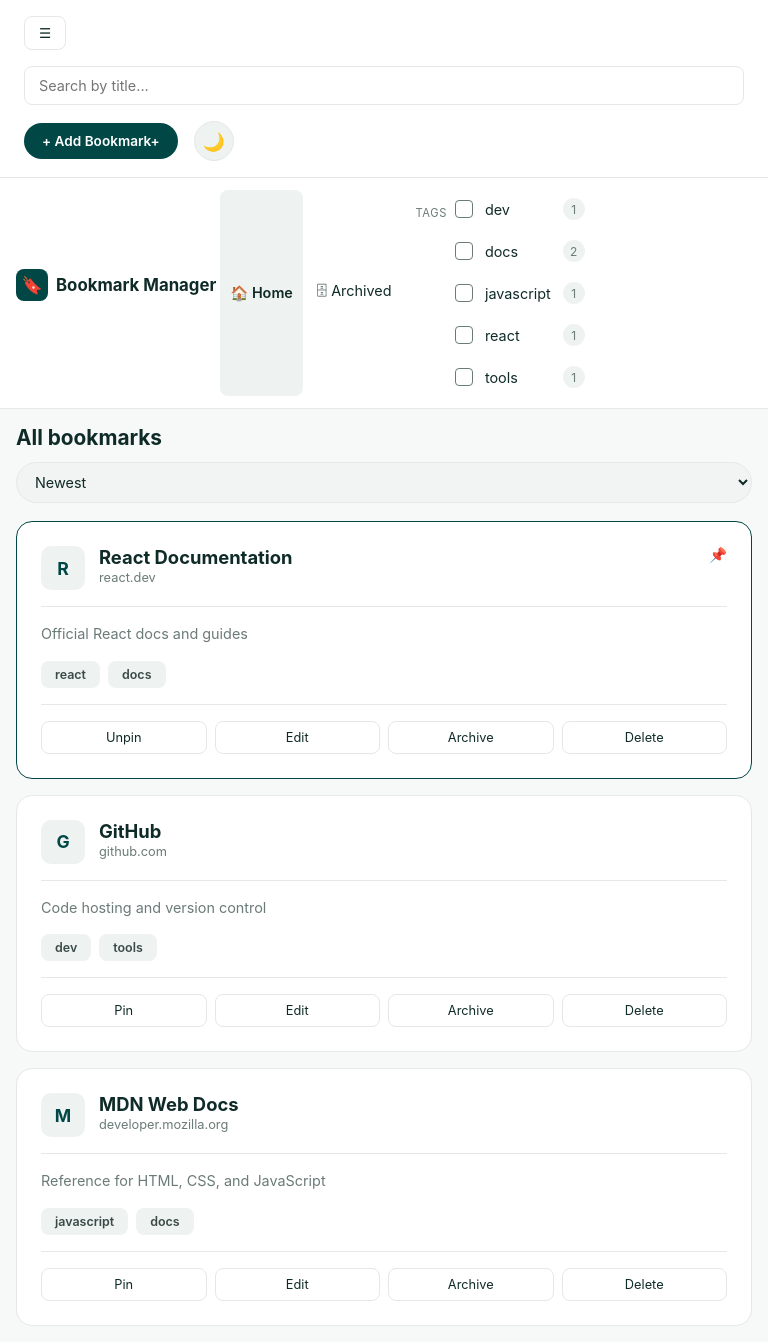
Repository: K0k1M4r/Big-Game-React
Page: /
These files come from the project's save history. The page is drawn as it stood at one moment and after the next save; the edit follows.
The browser window is 768 px wide. The pictures show the whole page.
The project was rebuilt for these pictures with package versions that can differ from the ones it lists, and the page was loaded fresh each time. Also part of the build but not shown: vite.config.js, src/components/Modal.jsx, src/components/BookmarkForm.jsx.

Above is the page before, as saved 2026-09-23 18:59:14.

### index.html
<!doctype html>
<html lang="en">
  <head>
    <meta charset="UTF-8" />
    <link rel="icon" type="image/svg+xml" href="/favicon.svg" />
    <meta name="viewport" content="width=device-width, initial-scale=1.0" />
    <title>bookmark-manager</title>
  </head>
  <body>
    <div id="root"></div>
    <script type="module" src="/src/main.jsx"></script>
  </body>
</html>

### src/index.css
/* ===== Reset & Base ===== */
* {
  box-sizing: border-box;
  margin: 0;
  padding: 0;
}

body {
  font-family: -apple-system, BlinkMacSystemFont, "Segoe UI", Roboto, Helvetica, Arial, sans-serif;
  background-color: var(--bg-color);
  color: var(--text-color);
  transition: background-color 0.2s, color 0.2s;
}

/* ===== Theme Variables ===== */
:root[data-theme="light"] {
  --bg-color: #f7f9f8;
  --sidebar-bg: #ffffff;
  --header-bg: #ffffff;
  --card-bg: #ffffff;
  --input-bg: #f2f4f3;
  --search-bg: #ffffff;
  --search-border: #e4e8e7;
  --text-color: #0f2b27;
  --muted-text: #6b7b78;
  --border-color: #e4e8e7;
  --tag-bg: #eef2f1;
  --tag-text: #3a4a47;
  --accent-color: #014745;
  --accent-hover: #026358;
  --error-color: #dc2626;
  --checkbox-border: #6b7b78;
  --nav-active-bg: #e8f0ee;
}

:root[data-theme="dark"] {
  --bg-color: #0c2622;
  --sidebar-bg: #001f1f;
  --header-bg: #001f1f;
  --card-bg: #0f3430;
  --input-bg: #123833;
  --search-bg: #002e2d;
  --search-border: #004241;
  --text-color: #f2f7f5;
  --muted-text: #9fb5b0;
  --border-color: #1c4d46;
  --tag-bg: #164039;
  --tag-text: #cfe6df;
  --accent-color: #014745;
  --accent-hover: #026358;
  --error-color: #f87171;
  --checkbox-border: #5a7a74;
  --nav-active-bg: #0d3a35;
}

button {
  font-family: inherit;
  cursor: pointer;
  border: 1px solid var(--border-color);
  background-color: var(--card-bg);
  color: var(--text-color);
  border-radius: 8px;
  padding: 8px 14px;
  font-size: 0.85rem;
  transition: background-color 0.15s, border-color 0.15s;
}

button:hover {
  filter: brightness(0.96);
}

input:not([type="checkbox"]),
textarea,
select {
  font-family: inherit;
  font-size: 0.9rem;
  padding: 10px 14px;
  border: 1px solid var(--border-color);
  border-radius: 10px;
  background-color: var(--input-bg);
  color: var(--text-color);
  width: 100%;
}

input:focus,
textarea:focus,
select:focus {
  outline: none;
  border-color: var(--accent-color);
}

/* ===== App Layout ===== */
.app {
  min-height: 100vh;
  display: flex;
  flex-direction: column;
}

.app-body {
  display: flex;
  flex: 1;
}

.logo-icon {
  display: inline-flex;
  align-items: center;
  justify-content: center;
  width: 32px;
  height: 32px;
  background-color: var(--accent-color);
  border-radius: 8px;
  color: #ffffff;
}

/* ===== Sidebar ===== */
.sidebar {
  width: 240px;
  flex-shrink: 0;
  background-color: var(--sidebar-bg);
  border-right: 1px solid var(--border-color);
  padding: 20px 16px;
  display: flex;
  flex-direction: column;
  gap: 4px;
}

.sidebar-logo {
  font-weight: 700;
  font-size: 1.05rem;
  margin-bottom: 16px;
  display: flex;
  align-items: center;
  gap: 8px;
}

.sidebar > button {
  display: flex;
  align-items: center;
  gap: 10px;
  border: none;
  background: transparent;
  text-align: left;
  width: 100%;
  padding: 8px 10px;
  border-radius: 8px;
  font-size: 0.9rem;
  color: var(--text-color);
}

.sidebar button.active {
  background-color: var(--tag-bg);
  font-weight: 600;
}

.sidebar-tags-label {
  font-size: 0.7rem;
  text-transform: uppercase;
  letter-spacing: 0.05em;
  color: var(--muted-text);
  margin: 16px 0 6px 10px;
}

.sidebar-tags {
  display: flex;
  flex-direction: column;
  gap: 4px;
}

.sidebar-tag {
  display: flex;
  align-items: center;
  gap: 12px;
  padding: 8px 4px;
  border-radius: 8px;
  cursor: pointer;
  font-size: 0.9rem;
}

.sidebar-tag:hover {
  background-color: var(--tag-bg);
}

.sidebar-tag input[type="checkbox"] {
  width: 18px;
  height: 18px;
  margin: 0;
  flex-shrink: 0;
  appearance: none;
  -webkit-appearance: none;
  border: 1.5px solid var(--checkbox-border);
  border-radius: 4px;
  background-color: transparent;
  cursor: pointer;
  position: relative;
}

.sidebar-tag input[type="checkbox"]:checked {
  background-color: var(--accent-color);
  border-color: var(--accent-color);
}

.sidebar-tag input[type="checkbox"]:checked::after {
  content: "";
  position: absolute;
  left: 5px;
  top: 1px;
  width: 5px;
  height: 10px;
  border: solid white;
  border-width: 0 2px 2px 0;
  transform: rotate(45deg);
}

.tag-name {
  flex: 1;
  color: var(--text-color);
}

.tag-count {
  margin-left: auto;
  min-width: 22px;
  height: 22px;
  display: flex;
  align-items: center;
  justify-content: center;
  font-size: 0.75rem;
  color: var(--muted-text);
  background-color: var(--tag-bg);
  border-radius: 999px;
  padding: 0 6px;
}

/* ===== Header ===== */
.app-header {
  display: flex;
  align-items: center;
  gap: 16px;
  background-color: var(--header-bg);
  border-bottom: 1px solid var(--border-color);
  padding: 16px 24px;
}

input.search-bar {
  width: 320px;
  flex: 0 0 320px;
  border-radius: 8px;
  background-color: var(--search-bg);
  border: 1px solid var(--search-border);
}

.add-bookmark-btn {
  margin-left: auto;
  background-color: var(--accent-color);
  color: #ffffff;
  border: none;
  border-radius: 999px;
  padding: 10px 18px;
  font-weight: 600;
  white-space: nowrap;
  flex-shrink: 0;
}

.add-bookmark-btn:hover {
  background-color: var(--accent-hover);
}

.theme-avatar-btn {
  width: 40px;
  height: 40px;
  border-radius: 50%;
  display: flex;
  align-items: center;
  justify-content: center;
  background-color: var(--tag-bg);
  border: 1px solid var(--border-color);
  font-size: 1.1rem;
  flex-shrink: 0;
  padding: 0;
}

/* ===== Main Content ===== */
.app-main {
  flex: 1;
  padding: 24px;
  display: flex;
  flex-direction: column;
  gap: 18px;
}

.content-header {
  display: flex;
  align-items: center;
  justify-content: space-between;
  gap: 12px;
}

.content-header h2 {
  font-size: 1.3rem;
  font-weight: 700;
}

.sort-select {
  max-width: 180px;
  border-radius: 999px;
}

/* ===== Bookmark List & Card ===== */
.bookmark-list {
  display: grid;
  grid-template-columns: repeat(auto-fill, minmax(270px, 1fr));
  gap: 16px;
}

.bookmark-card {
  position: relative;
  background-color: var(--card-bg);
  border: 1px solid var(--border-color);
  border-radius: 16px;
  padding: 24px;
  display: flex;
  flex-direction: column;
  gap: 16px;
}

.bookmark-card.pinned {
  border-color: var(--accent-color);
}

.bookmark-card-header {
  display: flex;
  align-items: flex-start;
  gap: 14px;
}

.bookmark-favicon {
  flex-shrink: 0;
  width: 44px;
  height: 44px;
  border-radius: 10px;
  background-color: var(--tag-bg);
  color: var(--accent-color);
  display: flex;
  align-items: center;
  justify-content: center;
  font-weight: 700;
  font-size: 1.1rem;
}

.bookmark-title-group {
  flex: 1;
  min-width: 0;
}

.bookmark-card h3 {
  font-size: 1.15rem;
  font-weight: 700;
  margin-bottom: 2px;
}

.bookmark-domain {
  font-size: 0.8rem;
  color: var(--muted-text);
}

.pin-badge {
  font-size: 0.9rem;
  flex-shrink: 0;
}

.bookmark-divider {
  height: 1px;
  background-color: var(--border-color);
}

.bookmark-card .description {
  font-size: 0.9rem;
  color: var(--muted-text);
  line-height: 1.5;
}

.tag-list {
  display: flex;
  flex-wrap: wrap;
  gap: 8px;
  list-style: none;
}

.tag {
  background-color: var(--tag-bg);
  color: var(--tag-text);
  font-size: 0.78rem;
  font-weight: 600;
  padding: 6px 14px;
  border-radius: 8px;
}

.card-actions {
  display: flex;
  flex-wrap: wrap;
  gap: 8px;
}

.card-actions button {
  flex: 1;
  min-width: 70px;
  font-size: 0.8rem;
  padding: 8px 10px;
  border-radius: 8px;
}

.archived-label {
  position: absolute;
  bottom: 14px;
  right: 14px;
  font-size: 0.7rem;
  color: var(--muted-text);
  font-style: italic;
}

/* ===== Empty / Loading States ===== */
.empty-state {
  text-align: center;
  color: var(--muted-text);
  padding: 60px 20px;
  font-size: 1rem;
}

/* ===== Modal ===== */
.modal-overlay {
  position: fixed;
  inset: 0;
  background-color: rgba(0, 0, 0, 0.5);
  display: flex;
  align-items: center;
  justify-content: center;
  z-index: 100;
  padding: 16px;
}

.modal-content {
  position: relative;
  background-color: var(--card-bg);
  border: 1px solid var(--border-color);
  border-radius: 16px;
  padding: 26px;
  width: 100%;
  max-width: 420px;
  max-height: 90vh;
  overflow-y: auto;
}

.modal-close {
  position: absolute;
  top: 12px;
  right: 12px;
  border: none;
  background: transparent;
  font-size: 1rem;
  padding: 4px 8px;
}

/* ===== Bookmark Form ===== */
.bookmark-form {
  display: flex;
  flex-direction: column;
  gap: 14px;
}

.form-field {
  display: flex;
  flex-direction: column;
  gap: 4px;
}

.form-field textarea {
  resize: vertical;
  min-height: 70px;
  border-radius: 10px;
}

.error {
  color: var(--error-color);
  font-size: 0.8rem;
}

.bookmark-form button[type="submit"] {
  background-color: var(--accent-color);
  color: #ffffff;
  border-color: var(--accent-color);
  padding: 10px;
  border-radius: 999px;
  font-weight: 600;
}

/* ===== Responsive ===== */
@media (max-width: 768px) {
  .app-body {
    flex-direction: column;
  }

  .sidebar {
    width: 100%;
    flex-direction: row;
    flex-wrap: wrap;
    overflow-x: auto;
    border-right: none;
    border-bottom: 1px solid var(--border-color);
    padding: 12px 16px;
  }

  .sidebar button {
    width: auto;
    white-space: nowrap;
  }

  .app-header {
    flex-wrap: wrap;
  }

  input.search-bar {
    width: 100%;
    flex: 1 1 100%;
  }

  .add-bookmark-btn {
    margin-left: 0;
  }

  .app-main {
    padding: 16px;
  }

  .bookmark-list {
    grid-template-columns: 1fr;
  }

  .content-header {
    flex-wrap: wrap;
  }

  .sort-select {
    max-width: 100%;
  }
}

### src/App.jsx
import { useState, useEffect } from "react";
import Header from "./components/Layout/Header";
import Sidebar from "./components/Layout/Sidebar";
import SortSelect from "./components/SortSelect";
import BookmarkList from "./components/BookmarkList";
import Modal from "./components/Modal";
import BookmarkForm from "./components/BookmarkForm";

function App() {
  const [bookmarks, setBookmarks] = useState([]);
  const [isLoading, setIsLoading] = useState(true);
  const [isModalOpen, setIsModalOpen] = useState(false);
  const [editingBookmark, setEditingBookmark] = useState(null);
  const [currentView, setCurrentView] = useState("all");
  const [searchTerm, setSearchTerm] = useState("");
  const [selectedTag, setSelectedTag] = useState("All");
  const [sortOption, setSortOption] = useState("newest");
  const [isSidebarOpen, setIsSidebarOpen] = useState(false);
  const [theme, setTheme] = useState(
    () => localStorage.getItem("theme") || "light"
  );

  // Initial load: localStorage first, fallback to bookmarks.json
  useEffect(() => {
    const stored = localStorage.getItem("bookmarks");

    if (stored) {
      setTimeout(() => {
        setBookmarks(JSON.parse(stored));
        setIsLoading(false);
      }, 800);
    } else {
      fetch("/data/bookmarks.json")
        .then((res) => res.json())
        .then((data) => {
          setTimeout(() => {
            setBookmarks(data);
            setIsLoading(false);
          }, 800);
        })
        .catch((err) => {
          console.error("Failed to load bookmarks:", err);
          setIsLoading(false);
        });
    }
  }, []);

  // Sync bookmarks to localStorage whenever they change (after initial load)
  useEffect(() => {
    if (!isLoading) {
      localStorage.setItem("bookmarks", JSON.stringify(bookmarks));
    }
  }, [bookmarks, isLoading]);

  // Sync theme to localStorage + apply to document
  useEffect(() => {
    localStorage.setItem("theme", theme);
    document.documentElement.setAttribute("data-theme", theme);
  }, [theme]);

  function toggleTheme() {
    setTheme((prev) => (prev === "light" ? "dark" : "light"));
  }

  function handleAddBookmark(newBookmark) {
    setBookmarks((prev) => [...prev, newBookmark]);
    closeModal();
  }

  function handleUpdateBookmark(updatedBookmark) {
    setBookmarks((prev) =>
      prev.map((b) => (b.id === updatedBookmark.id ? updatedBookmark : b))
    );
    closeModal();
  }

  function handleDeleteBookmark(id) {
    const confirmed = window.confirm("Delete this bookmark?");
    if (!confirmed) return;
    setBookmarks((prev) => prev.filter((b) => b.id !== id));
  }

  function handleTogglePin(id) {
    setBookmarks((prev) =>
      prev.map((b) => (b.id === id ? { ...b, pinned: !b.pinned } : b))
    );
  }

  function handleToggleArchive(id) {
    setBookmarks((prev) =>
      prev.map((b) => (b.id === id ? { ...b, archived: !b.archived } : b))
    );
  }

  function openAddModal() {
    setEditingBookmark(null);
    setIsModalOpen(true);
  }

  function openEditModal(bookmark) {
    setEditingBookmark(bookmark);
    setIsModalOpen(true);
  }

  function closeModal() {
    setIsModalOpen(false);
    setEditingBookmark(null);
  }

  function handleChangeView(view) {
    setCurrentView(view);
    setIsSidebarOpen(false);
  }

  function handleSelectTag(tag) {
    setSelectedTag(tag);
    setIsSidebarOpen(false);
  }

  const viewFiltered = bookmarks.filter((b) =>
    currentView === "archived" ? b.archived : !b.archived
  );

  const searchFiltered = viewFiltered.filter((b) => {
    const term = searchTerm.trim().toLowerCase();
    if (!term) return true;
    return (
      b.title.toLowerCase().includes(term) ||
      b.description.toLowerCase().includes(term)
    );
  });

  const tagFiltered = searchFiltered.filter((b) =>
    selectedTag === "All" ? true : b.tags.includes(selectedTag)
  );

  const sorted = [...tagFiltered].sort((a, b) => {
    if (a.pinned !== b.pinned) return a.pinned ? -1 : 1;

    switch (sortOption) {
      case "newest":
        return new Date(b.createdAt) - new Date(a.createdAt);
      case "oldest":
        return new Date(a.createdAt) - new Date(b.createdAt);
      case "az":
        return a.title.localeCompare(b.title);
      case "za":
        return b.title.localeCompare(a.title);
      default:
        return 0;
    }
  });

  // Tag counts based on the current view (all vs archived)
  const tagCounts = {};
  viewFiltered.forEach((b) => {
    b.tags.forEach((tag) => {
      tagCounts[tag] = (tagCounts[tag] || 0) + 1;
    });
  });
  const tagsWithCounts = Object.keys(tagCounts)
    .sort()
    .map((name) => ({ name, count: tagCounts[name] }));

  const visibleBookmarks = sorted;

  return (
    <div className="app">
      <Header
        theme={theme}
        onToggleTheme={toggleTheme}
        searchTerm={searchTerm}
        onSearchChange={setSearchTerm}
        onAddClick={openAddModal}
        onMenuClick={() => setIsSidebarOpen((prev) => !prev)}
      />
      <div className="app-body">
        <Sidebar
          currentView={currentView}
          onChangeView={handleChangeView}
          tags={tagsWithCounts}
          selectedTag={selectedTag}
          onSelectTag={handleSelectTag}
          isOpen={isSidebarOpen}
        />
        <main className="app-main">
          <div className="content-header">
            <h2>{currentView === "archived" ? "Archived" : "All bookmarks"}</h2>
            <SortSelect sortOption={sortOption} onSortChange={setSortOption} />
          </div>

          {isLoading ? (
            <p>Loading bookmarks...</p>
          ) : (
            <BookmarkList
              bookmarks={visibleBookmarks}
              onEdit={openEditModal}
              onDelete={handleDeleteBookmark}
              onTogglePin={handleTogglePin}
              onToggleArchive={handleToggleArchive}
              currentView={currentView}
              searchTerm={searchTerm}
            />
          )}
        </main>
      </div>

      {isModalOpen && (
        <Modal onClose={closeModal}>
          <BookmarkForm
            key={editingBookmark ? editingBookmark.id : "new"}
            initialData={editingBookmark}
            onSave={editingBookmark ? handleUpdateBookmark : handleAddBookmark}
          />
        </Modal>
      )}
    </div>
  );
}

export default App;

### src/components/Layout/Header.jsx
import SearchBar from "../SearchBar";

function Header({ theme, onToggleTheme, searchTerm, onSearchChange, onAddClick, onMenuClick }) {
  return (
    <header className="app-header">
      <button className="menu-btn" onClick={onMenuClick} aria-label="Toggle menu">
        ☰
      </button>

      <SearchBar searchTerm={searchTerm} onSearchChange={onSearchChange} />

      <button className="add-bookmark-btn" onClick={onAddClick}>
        <span className="add-bookmark-text">+ Add Bookmark</span>
        <span className="add-bookmark-icon">+</span>
      </button>

      <button
        className="theme-avatar-btn"
        onClick={onToggleTheme}
        title="Toggle theme"
      >
        {theme === "light" ? "🌙" : "☀️"}
      </button>
    </header>
  );
}

export default Header;

### src/components/Layout/Sidebar.jsx
function Sidebar({ currentView, onChangeView, tags, selectedTag, onSelectTag, isOpen }) {
  return (
    <nav className={`sidebar ${isOpen ? "sidebar-open" : ""}`}>
      <div className="sidebar-logo">
        <span className="logo-icon">🔖</span>
        Bookmark Manager
      </div>

      <button
        className={currentView === "all" ? "active" : ""}
        onClick={() => onChangeView("all")}
      >
        🏠 Home
      </button>
      <button
        className={currentView === "archived" ? "active" : ""}
        onClick={() => onChangeView("archived")}
      >
        🗄 Archived
      </button>

      <p className="sidebar-tags-label">Tags</p>

      <div className="sidebar-tags">
        {tags.map(({ name, count }) => (
          <label key={name} className="sidebar-tag">
            <input
              type="checkbox"
              checked={selectedTag === name}
              onChange={() =>
                onSelectTag(selectedTag === name ? "All" : name)
              }
            />
            <span className="tag-name">{name}</span>
            <span className="tag-count">{count}</span>
          </label>
        ))}
      </div>
    </nav>
  );
}

export default Sidebar;

### src/components/SortSelect.jsx
function SortSelect({ sortOption, onSortChange }) {
  return (
    <select
      className="sort-select"
      value={sortOption}
      onChange={(e) => onSortChange(e.target.value)}
    >
      <option value="newest">Newest</option>
      <option value="oldest">Oldest</option>
      <option value="az">A-Z</option>
      <option value="za">Z-A</option>
    </select>
  );
}

export default SortSelect;

### src/components/BookmarkList.jsx
import BookmarkCard from "./BookmarkCard";

function BookmarkList({ bookmarks, onEdit, onDelete, onTogglePin, onToggleArchive, currentView, searchTerm }) {
  if (bookmarks.length === 0) {
    let message = "No bookmarks yet. Add one to get started!";

    if (searchTerm.trim()) {
      message = `No bookmarks match "${searchTerm}".`;
    } else if (currentView === "archived") {
      message = "No archived bookmarks.";
    }

    return <p className="empty-state">{message}</p>;
  }

  return (
    <div className="bookmark-list">
      {bookmarks.map((bookmark) => (
        <BookmarkCard
          key={bookmark.id}
          bookmark={bookmark}
          onEdit={onEdit}
          onDelete={onDelete}
          onTogglePin={onTogglePin}
          onToggleArchive={onToggleArchive}
        />
      ))}
    </div>
  );
}

export default BookmarkList;

### src/components/SearchBar.jsx
function SearchBar({ searchTerm, onSearchChange }) {
  return (
    <input
      type="text"
      placeholder="Search by title..."
      className="search-bar"
      value={searchTerm}
      onChange={(e) => onSearchChange(e.target.value)}
    />
  );
}

export default SearchBar;

### src/components/BookmarkCard.jsx
import TagList from "./TagList";

function getInitial(title) {
  return title.charAt(0).toUpperCase();
}

function BookmarkCard({ bookmark, onEdit, onDelete, onTogglePin, onToggleArchive }) {
  let domain = "";
  try {
    domain = new URL(bookmark.url).hostname.replace("www.", "");
  } catch {
    domain = bookmark.url;
  }

  return (
    <div className={`bookmark-card ${bookmark.pinned ? "pinned" : ""}`}>
      <div className="bookmark-card-header">
        <div className="bookmark-favicon">{getInitial(bookmark.title)}</div>
        <div className="bookmark-title-group">
          <h3>{bookmark.title}</h3>
          <p className="bookmark-domain">{domain}</p>
        </div>
        {bookmark.pinned && <span className="pin-badge">📌</span>}
      </div>

      <div className="bookmark-divider" />

      <p className="description">{bookmark.description}</p>

      <TagList tags={bookmark.tags} />

      <div className="bookmark-divider" />

      <div className="card-actions">
        <button onClick={() => onTogglePin(bookmark.id)}>
          {bookmark.pinned ? "Unpin" : "Pin"}
        </button>
        <button onClick={() => onEdit(bookmark)}>Edit</button>
        <button onClick={() => onToggleArchive(bookmark.id)}>
          {bookmark.archived ? "Restore" : "Archive"}
        </button>
        <button onClick={() => onDelete(bookmark.id)}>Delete</button>
      </div>
    </div>
  );
}

export default BookmarkCard;

### src/components/TagList.jsx
function TagList({ tags }) {
  return (
    <ul className="tag-list">
      {tags.map((tag) => (
        <li key={tag} className="tag">{tag}</li>
      ))}
    </ul>
  );
}

export default TagList

### public/data/bookmarks.json
[
  {
    "id": "1",
    "title": "React Documentation",
    "url": "https://react.dev",
    "description": "Official React docs and guides",
    "tags": ["react", "docs"],
    "pinned": true,
    "archived": false,
    "favorite": false,
    "createdAt": "2026-01-10T10:00:00.000Z"
  },
  {
    "id": "2",
    "title": "MDN Web Docs",
    "url": "https://developer.mozilla.org",
    "description": "Reference for HTML, CSS, and JavaScript",
    "tags": ["javascript", "docs"],
    "pinned": false,
    "archived": false,
    "favorite": false,
    "createdAt": "2026-01-12T14:30:00.000Z"
  },
  {
    "id": "3",
    "title": "Old Design Inspiration",
    "url": "https://dribbble.com",
    "description": "UI inspiration site",
    "tags": ["design"],
    "pinned": false,
    "archived": true,
    "favorite": false,
    "createdAt": "2026-01-05T09:15:00.000Z"
  },
  {
    "id": "4",
    "title": "GitHub",
    "url": "https://github.com",
    "description": "Code hosting and version control",
    "tags": ["dev", "tools"],
    "pinned": false,
    "archived": false,
    "favorite": true,
    "createdAt": "2026-01-15T08:00:00.000Z"
  }
]

Loaded but not shown: src/main.jsx (common file)

After the next save:
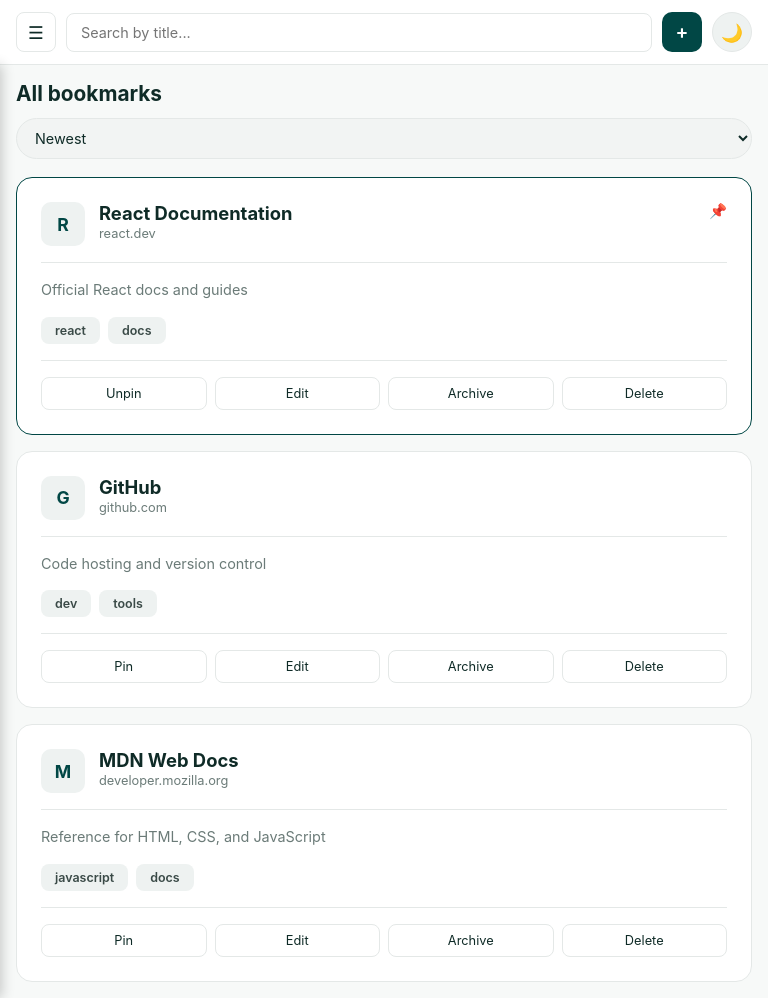
Saved 28 s later.
--- a/src/index.css
+++ b/src/index.css
@@ -99,6 +99,7 @@
 .app-body {
   display: flex;
   flex: 1;
+  position: relative;
 }
 
 .logo-icon {
@@ -240,6 +241,18 @@
   padding: 16px 24px;
 }
 
+.menu-btn {
+  display: none;
+  width: 40px;
+  height: 40px;
+  flex-shrink: 0;
+  align-items: center;
+  justify-content: center;
+  font-size: 1.1rem;
+  padding: 0;
+  background-color: var(--card-bg);
+}
+
 input.search-bar {
   width: 320px;
   flex: 0 0 320px;
@@ -258,10 +271,17 @@
   font-weight: 600;
   white-space: nowrap;
   flex-shrink: 0;
+  display: flex;
+  align-items: center;
+  justify-content: center;
 }
 
 .add-bookmark-btn:hover {
   background-color: var(--accent-hover);
+}
+
+.add-bookmark-icon {
+  display: none;
 }
 
 .theme-avatar-btn {
@@ -285,6 +305,7 @@
   display: flex;
   flex-direction: column;
   gap: 18px;
+  min-width: 0;
 }
 
 .content-header {
@@ -494,36 +515,58 @@
 
 /* ===== Responsive ===== */
 @media (max-width: 768px) {
+  .menu-btn {
+    display: flex;
+  }
+
+  .app-header {
+    padding: 12px 16px;
+    gap: 10px;
+  }
+
+  input.search-bar {
+    width: auto;
+    flex: 1 1 auto;
+    min-width: 0;
+  }
+
+  .add-bookmark-btn {
+    margin-left: 0;
+  }
+
+  .add-bookmark-text {
+    display: none;
+  }
+
+  .add-bookmark-icon {
+    display: block;
+  }
+
+  .add-bookmark-btn {
+    width: 40px;
+    height: 40px;
+    border-radius: 10px;
+    padding: 0;
+    font-size: 1.2rem;
+  }
+
   .app-body {
     flex-direction: column;
   }
 
   .sidebar {
-    width: 100%;
-    flex-direction: row;
-    flex-wrap: wrap;
-    overflow-x: auto;
-    border-right: none;
-    border-bottom: 1px solid var(--border-color);
-    padding: 12px 16px;
-  }
-
-  .sidebar button {
-    width: auto;
-    white-space: nowrap;
-  }
-
-  .app-header {
-    flex-wrap: wrap;
-  }
-
-  input.search-bar {
-    width: 100%;
-    flex: 1 1 100%;
-  }
-
-  .add-bookmark-btn {
-    margin-left: 0;
+    position: absolute;
+    top: 0;
+    left: 0;
+    height: 100%;
+    z-index: 50;
+    transform: translateX(-100%);
+    transition: transform 0.2s ease;
+    box-shadow: 2px 0 12px rgba(0, 0, 0, 0.2);
+  }
+
+  .sidebar.sidebar-open {
+    transform: translateX(0);
   }
 
   .app-main {
